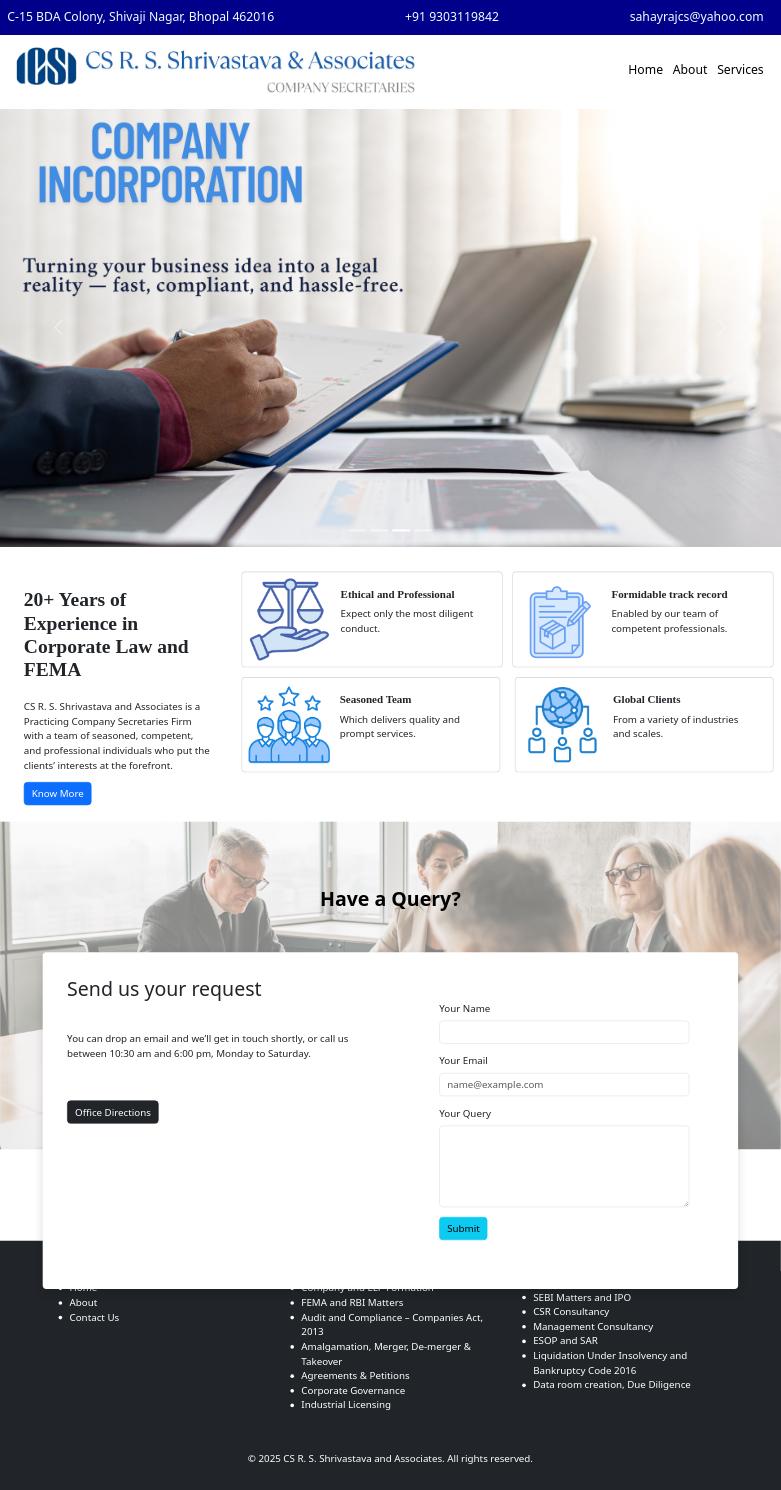
Repository: aayushiss/CS-RSS
Page: index.html
These files come from the project's save history. The page is drawn as it stood at one moment and after the next save; the edit follows.
The browser window is 1280 px wide. The pictures show the whole page, at 61% of full size.

Above is the page before, as saved 2025-05-20 18:40:13.

After the next save:
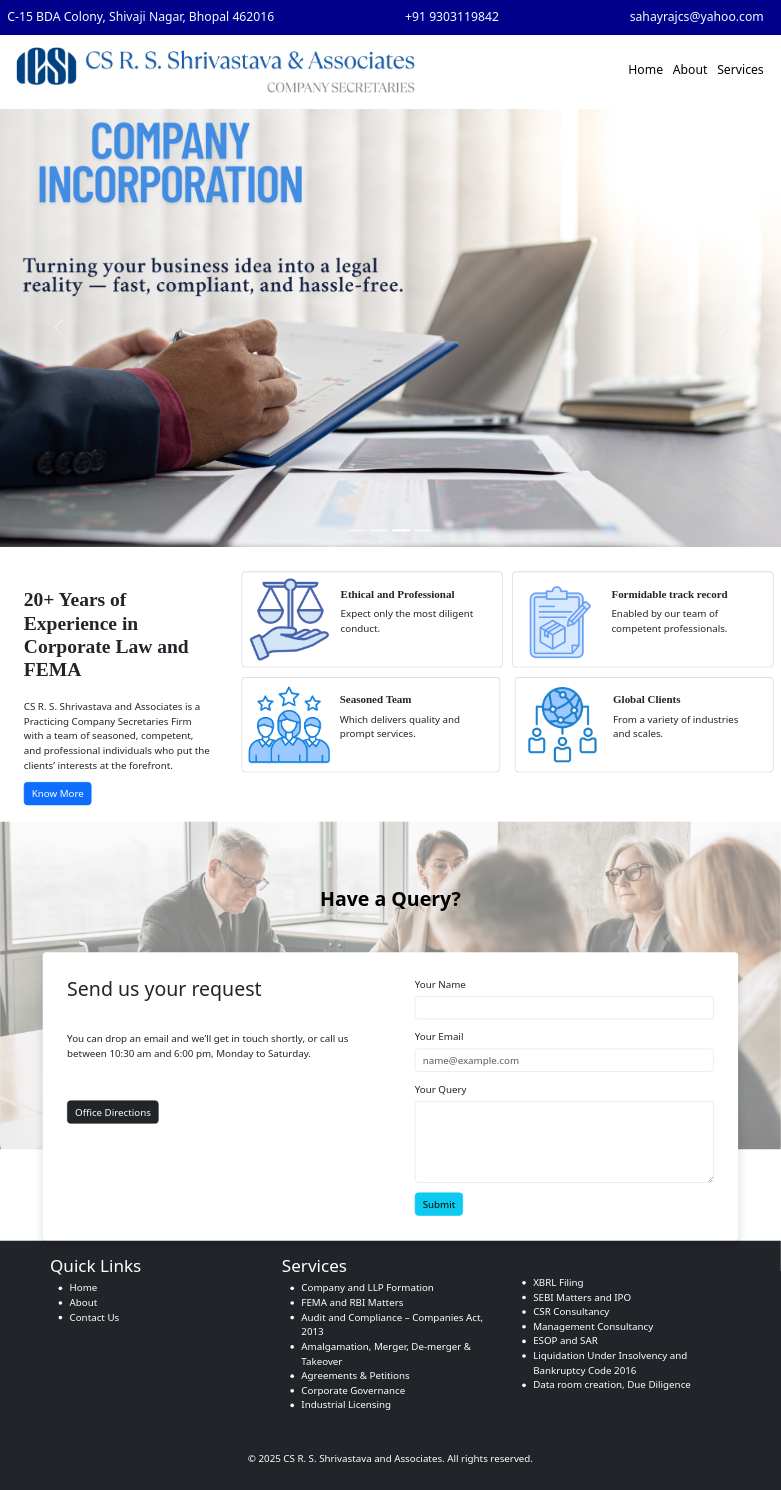
Saved 66 s later.
--- a/index.html
+++ b/index.html
@@ -180,7 +180,7 @@
           </div>
         </div>
           <div class="col" style="padding: 40px;">
-            <form id="form" style="padding: 40px;">
+            <form id="form">
             <div class="mb-3">
               <label for="name" class="form-label">Your Name</label>
               <input class="form-control" id="name" required>
